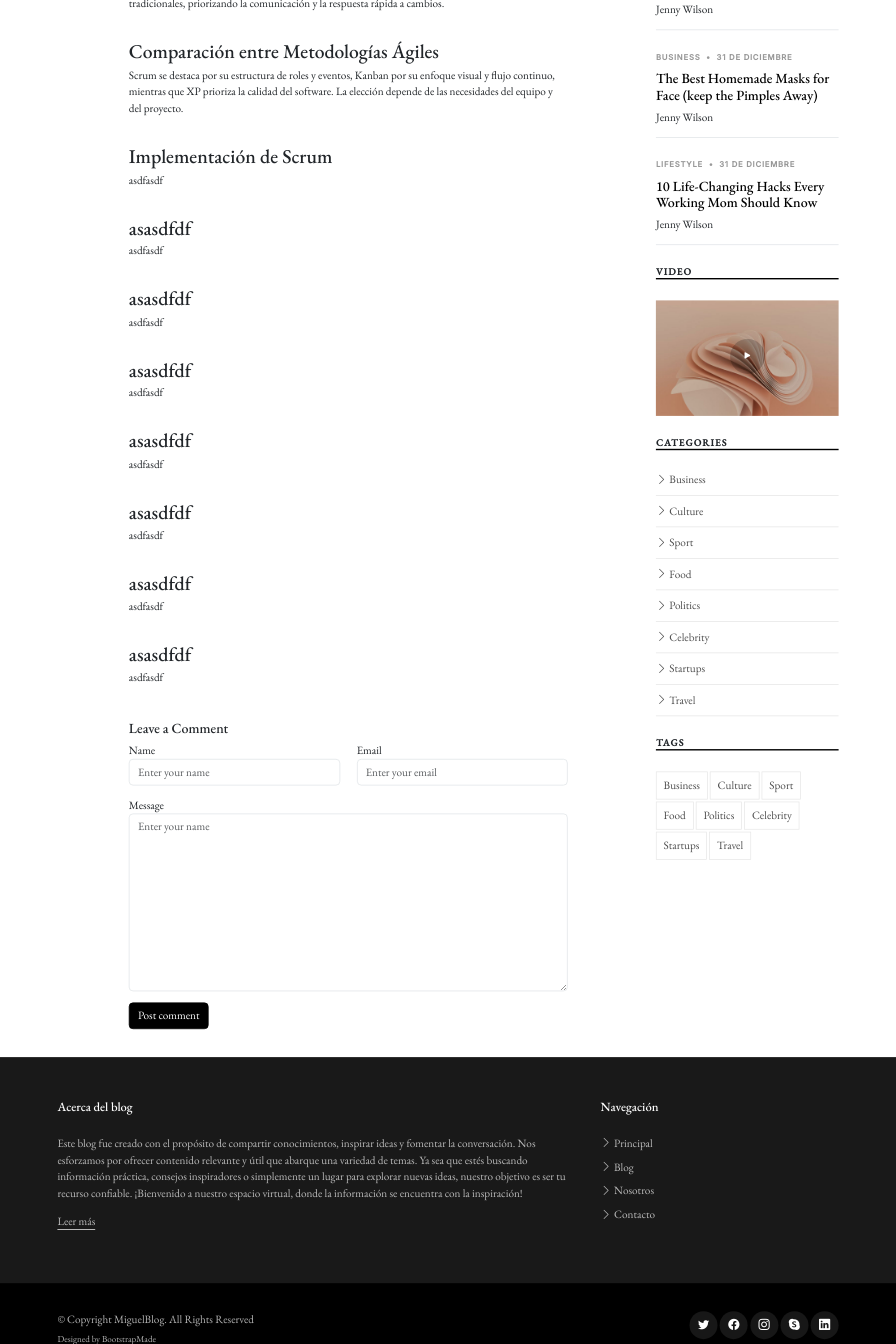
Repository: MiguelDev5/blog-miguel
Page: ma-post.html
The author's editor kept a copy of each file at every save. The page is drawn from the files as they stood at one save, then again after the next save.
The browser window is 1280 px wide. The pictures show the part of the page from y = 813 to 2733 px (the page is 2776 px tall before and 2824 px after), at 70% of full size.
Some web fonts or font styles are not loaded; a fallback is used.

Above is the page before, as saved 2024-01-01 14:10:59.

### ma-post.html
<!DOCTYPE html>
<html lang="en">

<head>
  <meta charset="utf-8">
  <meta content="width=device-width, initial-scale=1.0" name="viewport">

  <title>MiguelBlog Bootstrap Template - Single Post</title>
  <meta content="" name="description">
  <meta content="" name="keywords">

  <!-- Favicons -->
  <link href="assets/img/favicon.png" rel="icon">
  <link href="assets/img/apple-touch-icon.png" rel="apple-touch-icon">

  <!-- Google Fonts -->
  <link rel="preconnect" href="https://fonts.googleapis.com">
  <link rel="preconnect" href="https://fonts.gstatic.com" crossorigin>
  <link href="https://fonts.googleapis.com/css2?family=EB+Garamond:wght@400;500&family=Inter:wght@400;500&family=Playfair+Display:ital,wght@0,400;0,700;1,400;1,700&display=swap" rel="stylesheet">

  <!-- Vendor CSS Files -->
  <link href="assets/vendor/bootstrap/css/bootstrap.min.css" rel="stylesheet">
  <link href="assets/vendor/bootstrap-icons/bootstrap-icons.css" rel="stylesheet">
  <link href="assets/vendor/swiper/swiper-bundle.min.css" rel="stylesheet">
  <link href="assets/vendor/glightbox/css/glightbox.min.css" rel="stylesheet">
  <link href="assets/vendor/aos/aos.css" rel="stylesheet">

  <!-- Template Main CSS Files -->
  <link href="assets/css/variables.css" rel="stylesheet">
  <link href="assets/css/main.css" rel="stylesheet">

  <!-- =======================================================
  * Template Name: MiguelBlog
  * Updated: Sep 18 2023 with Bootstrap v5.3.2
  * Template URL: https://bootstrapmade.com/miguelBlog-bootstrap-blog-template/
  * Author: BootstrapMade.com
  * License: https:///bootstrapmade.com/license/
  ======================================================== -->
</head>

<body>

  <!-- ======= Header ======= -->
  <header id="header" class="header d-flex align-items-center fixed-top">
    <div class="container-fluid container-xl d-flex align-items-center justify-content-between">

      <a href="index.html" class="logo d-flex align-items-center">
        <!-- Uncomment the line below if you also wish to use an image logo -->
        <!-- <img src="assets/img/logo.png" alt=""> -->
        <h1>MiguelBlog</h1>
      </a>

      <nav id="navbar" class="navbar">
        <ul>
          <li><a href="index.html">Blog miguel</a></li>
          <li><a href="about.html">Acerca de nosotros</a></li>
          <li><a href="contact.html">Contacto</a></li>
        </ul>
      </nav><!-- .navbar -->

      <div class="position-relative">
        <a href="#" class="mx-2"><span class="bi-facebook"></span></a>
        <a href="#" class="mx-2"><span class="bi-twitter"></span></a>
        <a href="#" class="mx-2"><span class="bi-instagram"></span></a>

        <a href="#" class="mx-2 js-search-open"><span class="bi-search"></span></a>
        <i class="bi bi-list mobile-nav-toggle"></i>

        <!-- ======= Search Form ======= -->
        <div class="search-form-wrap js-search-form-wrap">
          <form action="search-result.html" class="search-form">
            <span class="icon bi-search"></span>
            <input type="text" placeholder="Search" class="form-control">
            <button class="btn js-search-close"><span class="bi-x"></span></button>
          </form>
        </div><!-- End Search Form -->

      </div>

    </div>

  </header><!-- End Header -->

  <main id="main">

    <section class="single-post-content">
      <div class="container">
        <div class="row">
          <div class="col-md-9 post-content" data-aos="fade-up">

            <!-- ======= Single Post Content ======= -->
            <div class="single-post">
              <div class="post-meta"><span class="date">Metodologías ágiles</span> <span class="mx-1">&bullet;</span> <span>31 de Diciembre</span></div>
              <h1 class="mb-5">Introducción a las Metodologías Ágiles</h1>
              <p><span class="firstcharacter">L</span>as Metodologías Ágiles son enfoques colaborativos para el desarrollo que se centran en la adaptabilidad y la entrega incremental. Surgieron como respuesta a los desafíos de las metodologías tradicionales, priorizando la comunicación y la respuesta rápida a cambios.</p>
              <div class="col-md-9"></div>
                  <img src="assets/img/ma001.jpg" alt="" class="img-fluid" style="width: 200;">

              </div>
              <br/>
              <h3 class="mb-1">Introducción a las Metodologías Ágiles</h3>
              <p>Las Metodologías Ágiles son enfoques colaborativos para el desarrollo que se centran en la adaptabilidad y la entrega incremental. Surgieron como respuesta a los desafíos de las metodologías tradicionales, priorizando la comunicación y la respuesta rápida a cambios.</p>

              <br/>
              <h3 class="mb-1">Comparación entre Metodologías Ágiles</h3>
              <p>Scrum se destaca por su estructura de roles y eventos, Kanban por su enfoque visual y flujo continuo, mientras que XP prioriza la calidad del software. La elección depende de las necesidades del equipo y del proyecto.</p>

              <br/>
              <h3 class="mb-1">Implementación de Scrum</h3>
              <p>asdfasdf</p>

              <br/>
              <h3 class="mb-1">asasdfdf</h3>
              <p>asdfasdf</p>

              <br/>
              <h3 class="mb-1">asasdfdf</h3>
              <p>asdfasdf</p>

              <br/>
              <h3 class="mb-1">asasdfdf</h3>
              <p>asdfasdf</p>

              <br/>
              <h3 class="mb-1">asasdfdf</h3>
              <p>asdfasdf</p>

              <br/>
              <h3 class="mb-1">asasdfdf</h3>
              <p>asdfasdf</p>

              <br/>
              <h3 class="mb-1">asasdfdf</h3>
              <p>asdfasdf</p>

              <br/>
              <h3 class="mb-1">asasdfdf</h3>
              <p>asdfasdf</p>



            <!-- ======= Comments Form ======= -->
            <div class="row justify-content-center mt-5">

              <div class="col-lg-12">
                <h5 class="comment-title">Leave a Comment</h5>
                <div class="row">
                  <div class="col-lg-6 mb-3">
                    <label for="comment-name">Name</label>
                    <input type="text" class="form-control" id="comment-name" placeholder="Enter your name">
                  </div>
                  <div class="col-lg-6 mb-3">
                    <label for="comment-email">Email</label>
                    <input type="text" class="form-control" id="comment-email" placeholder="Enter your email">
                  </div>
                  <div class="col-12 mb-3">
                    <label for="comment-message">Message</label>

                    <textarea class="form-control" id="comment-message" placeholder="Enter your name" cols="30" rows="10"></textarea>
                  </div>
                  <div class="col-12">
                    <input type="submit" class="btn btn-primary" value="Post comment">
                  </div>
                </div>
              </div>
            </div><!-- End Comments Form -->

          </div>
          <div class="col-md-3">
            <!-- ======= Sidebar ======= -->
            <div class="aside-block">

              <ul class="nav nav-pills custom-tab-nav mb-4" id="pills-tab" role="tablist">
                <li class="nav-item" role="presentation">
                  <button class="nav-link active" id="pills-popular-tab" data-bs-toggle="pill" data-bs-target="#pills-popular" type="button" role="tab" aria-controls="pills-popular" aria-selected="true">Popular</button>
                </li>
                <li class="nav-item" role="presentation">
                  <button class="nav-link" id="pills-trending-tab" data-bs-toggle="pill" data-bs-target="#pills-trending" type="button" role="tab" aria-controls="pills-trending" aria-selected="false">Trending</button>
                </li>
                <li class="nav-item" role="presentation">
                  <button class="nav-link" id="pills-latest-tab" data-bs-toggle="pill" data-bs-target="#pills-latest" type="button" role="tab" aria-controls="pills-latest" aria-selected="false">Latest</button>
                </li>
              </ul>

              <div class="tab-content" id="pills-tabContent">

                <!-- Popular -->
                <div class="tab-pane fade show active" id="pills-popular" role="tabpanel" aria-labelledby="pills-popular-tab">
                  <div class="post-entry-1 border-bottom">
                    <div class="post-meta"><span class="date">Sport</span> <span class="mx-1">&bullet;</span> <span>31 de Diciembre</span></div>
                    <h2 class="mb-2"><a href="#">How to Avoid Distraction and Stay Focused During Video Calls?</a></h2>
                    <span class="author mb-3 d-block">Jenny Wilson</span>
                  </div>

                  <div class="post-entry-1 border-bottom">
                    <div class="post-meta"><span class="date">Lifestyle</span> <span class="mx-1">&bullet;</span> <span>31 de Diciembre</span></div>
                    <h2 class="mb-2"><a href="#">17 Pictures of Medium Length Hair in Layers That Will Inspire Your New Haircut</a></h2>
                    <span class="author mb-3 d-block">Jenny Wilson</span>
                  </div>

                  <div class="post-entry-1 border-bottom">
                    <div class="post-meta"><span class="date">Culture</span> <span class="mx-1">&bullet;</span> <span>31 de Diciembre</span></div>
                    <h2 class="mb-2"><a href="#">9 Half-up/half-down Hairstyles for Long and Medium Hair</a></h2>
                    <span class="author mb-3 d-block">Jenny Wilson</span>
                  </div>

                  <div class="post-entry-1 border-bottom">
                    <div class="post-meta"><span class="date">Lifestyle</span> <span class="mx-1">&bullet;</span> <span>31 de Diciembre</span></div>
                    <h2 class="mb-2"><a href="#">Life Insurance And Pregnancy: A Working Mom’s Guide</a></h2>
                    <span class="author mb-3 d-block">Jenny Wilson</span>
                  </div>

                  <div class="post-entry-1 border-bottom">
                    <div class="post-meta"><span class="date">Business</span> <span class="mx-1">&bullet;</span> <span>31 de Diciembre</span></div>
                    <h2 class="mb-2"><a href="#">The Best Homemade Masks for Face (keep the Pimples Away)</a></h2>
                    <span class="author mb-3 d-block">Jenny Wilson</span>
                  </div>

                  <div class="post-entry-1 border-bottom">
                    <div class="post-meta"><span class="date">Lifestyle</span> <span class="mx-1">&bullet;</span> <span>31 de Diciembre</span></div>
                    <h2 class="mb-2"><a href="#">10 Life-Changing Hacks Every Working Mom Should Know</a></h2>
                    <span class="author mb-3 d-block">Jenny Wilson</span>
                  </div>
                </div> <!-- End Popular -->

                <!-- Trending -->
                <div class="tab-pane fade" id="pills-trending" role="tabpanel" aria-labelledby="pills-trending-tab">
                  <div class="post-entry-1 border-bottom">
                    <div class="post-meta"><span class="date">Lifestyle</span> <span class="mx-1">&bullet;</span> <span>31 de Diciembre</span></div>
                    <h2 class="mb-2"><a href="#">17 Pictures of Medium Length Hair in Layers That Will Inspire Your New Haircut</a></h2>
                    <span class="author mb-3 d-block">Jenny Wilson</span>
                  </div>

                  <div class="post-entry-1 border-bottom">
                    <div class="post-meta"><span class="date">Culture</span> <span class="mx-1">&bullet;</span> <span>31 de Diciembre</span></div>
                    <h2 class="mb-2"><a href="#">9 Half-up/half-down Hairstyles for Long and Medium Hair</a></h2>
                    <span class="author mb-3 d-block">Jenny Wilson</span>
                  </div>

                  <div class="post-entry-1 border-bottom">
                    <div class="post-meta"><span class="date">Lifestyle</span> <span class="mx-1">&bullet;</span> <span>31 de Diciembre</span></div>
                    <h2 class="mb-2"><a href="#">Life Insurance And Pregnancy: A Working Mom’s Guide</a></h2>
                    <span class="author mb-3 d-block">Jenny Wilson</span>
                  </div>

                  <div class="post-entry-1 border-bottom">
                    <div class="post-meta"><span class="date">Sport</span> <span class="mx-1">&bullet;</span> <span>31 de Diciembre</span></div>
                    <h2 class="mb-2"><a href="#">How to Avoid Distraction and Stay Focused During Video Calls?</a></h2>
                    <span class="author mb-3 d-block">Jenny Wilson</span>
                  </div>
                  <div class="post-entry-1 border-bottom">
                    <div class="post-meta"><span class="date">Business</span> <span class="mx-1">&bullet;</span> <span>31 de Diciembre</span></div>
                    <h2 class="mb-2"><a href="#">The Best Homemade Masks for Face (keep the Pimples Away)</a></h2>
                    <span class="author mb-3 d-block">Jenny Wilson</span>
                  </div>

                  <div class="post-entry-1 border-bottom">
                    <div class="post-meta"><span class="date">Lifestyle</span> <span class="mx-1">&bullet;</span> <span>31 de Diciembre</span></div>
                    <h2 class="mb-2"><a href="#">10 Life-Changing Hacks Every Working Mom Should Know</a></h2>
                    <span class="author mb-3 d-block">Jenny Wilson</span>
                  </div>
                </div> <!-- End Trending -->

                <!-- Latest -->
                <div class="tab-pane fade" id="pills-latest" role="tabpanel" aria-labelledby="pills-latest-tab">
                  <div class="post-entry-1 border-bottom">
                    <div class="post-meta"><span class="date">Lifestyle</span> <span class="mx-1">&bullet;</span> <span>31 de Diciembre</span></div>
                    <h2 class="mb-2"><a href="#">Life Insurance And Pregnancy: A Working Mom’s Guide</a></h2>
                    <span class="author mb-3 d-block">Jenny Wilson</span>
                  </div>

                  <div class="post-entry-1 border-bottom">
                    <div class="post-meta"><span class="date">Business</span> <span class="mx-1">&bullet;</span> <span>31 de Diciembre</span></div>
                    <h2 class="mb-2"><a href="#">The Best Homemade Masks for Face (keep the Pimples Away)</a></h2>
                    <span class="author mb-3 d-block">Jenny Wilson</span>
                  </div>

                  <div class="post-entry-1 border-bottom">
                    <div class="post-meta"><span class="date">Lifestyle</span> <span class="mx-1">&bullet;</span> <span>31 de Diciembre</span></div>
                    <h2 class="mb-2"><a href="#">10 Life-Changing Hacks Every Working Mom Should Know</a></h2>
                    <span class="author mb-3 d-block">Jenny Wilson</span>
                  </div>

                  <div class="post-entry-1 border-bottom">
                    <div class="post-meta"><span class="date">Sport</span> <span class="mx-1">&bullet;</span> <span>31 de Diciembre</span></div>
                    <h2 class="mb-2"><a href="#">How to Avoid Distraction and Stay Focused During Video Calls?</a></h2>
                    <span class="author mb-3 d-block">Jenny Wilson</span>
                  </div>

                  <div class="post-entry-1 border-bottom">
                    <div class="post-meta"><span class="date">Lifestyle</span> <span class="mx-1">&bullet;</span> <span>31 de Diciembre</span></div>
                    <h2 class="mb-2"><a href="#">17 Pictures of Medium Length Hair in Layers That Will Inspire Your New Haircut</a></h2>
                    <span class="author mb-3 d-block">Jenny Wilson</span>
                  </div>

                  <div class="post-entry-1 border-bottom">
                    <div class="post-meta"><span class="date">Culture</span> <span class="mx-1">&bullet;</span> <span>31 de Diciembre</span></div>
                    <h2 class="mb-2"><a href="#">9 Half-up/half-down Hairstyles for Long and Medium Hair</a></h2>
                    <span class="author mb-3 d-block">Jenny Wilson</span>
                  </div>

                </div> <!-- End Latest -->

              </div>
            </div>

            <div class="aside-block">
              <h3 class="aside-title">Video</h3>
              <div class="video-post">
                <a href="https://www.youtube.com/watch?v=AiFfDjmd0jU" class="glightbox link-video">
                  <span class="bi-play-fill"></span>
                  <img src="assets/img/post-landscape-5.jpg" alt="" class="img-fluid">
                </a>
              </div>
            </div><!-- End Video -->

            <div class="aside-block">
              <h3 class="aside-title">Categories</h3>
              <ul class="aside-links list-unstyled">
                <li><a href="category.html"><i class="bi bi-chevron-right"></i> Business</a></li>
                <li><a href="category.html"><i class="bi bi-chevron-right"></i> Culture</a></li>
                <li><a href="category.html"><i class="bi bi-chevron-right"></i> Sport</a></li>
                <li><a href="category.html"><i class="bi bi-chevron-right"></i> Food</a></li>
                <li><a href="category.html"><i class="bi bi-chevron-right"></i> Politics</a></li>
                <li><a href="category.html"><i class="bi bi-chevron-right"></i> Celebrity</a></li>
                <li><a href="category.html"><i class="bi bi-chevron-right"></i> Startups</a></li>
                <li><a href="category.html"><i class="bi bi-chevron-right"></i> Travel</a></li>
              </ul>
            </div><!-- End Categories -->

            <div class="aside-block">
              <h3 class="aside-title">Tags</h3>
              <ul class="aside-tags list-unstyled">
                <li><a href="category.html">Business</a></li>
                <li><a href="category.html">Culture</a></li>
                <li><a href="category.html">Sport</a></li>
                <li><a href="category.html">Food</a></li>
                <li><a href="category.html">Politics</a></li>
                <li><a href="category.html">Celebrity</a></li>
                <li><a href="category.html">Startups</a></li>
                <li><a href="category.html">Travel</a></li>
              </ul>
            </div><!-- End Tags -->

          </div>
        </div>
      </div>
    </section>
  </main><!-- End #main -->

  <!-- ======= Footer ======= -->
  <footer id="footer" class="footer">
    <div class="footer-content">
      <div class="container">
        <div class="row g-5">
          <div class="col-lg-8">
            <h3 class="footer-heading">Acerca del blog</h3>
            <p>Este blog fue creado con el propósito de compartir conocimientos, inspirar ideas y fomentar la conversación. Nos esforzamos por ofrecer contenido relevante y útil que abarque una variedad de temas. Ya sea que estés buscando información práctica, consejos inspiradores o simplemente un lugar para explorar nuevas ideas, nuestro objetivo es ser tu recurso confiable. ¡Bienvenido a nuestro espacio virtual, donde la información se encuentra con la inspiración!</p>
            <p><a href="about.html" class="footer-link-more">Leer más</a></p>
          </div>
          <div class="col-6 col-lg-2">
            <h3 class="footer-heading">Navegación</h3>
            <ul class="footer-links list-unstyled">
              <li><a href="index.html"><i class="bi bi-chevron-right"></i> Principal</a></li>
              <li><a href="index.html"><i class="bi bi-chevron-right"></i> Blog</a></li>
              <li><a href="about.html"><i class="bi bi-chevron-right"></i> Nosotros</a></li>
              <li><a href="contact.html"><i class="bi bi-chevron-right"></i> Contacto</a></li>
            </ul>
          </div>
        </div>
      </div>
    </div>

    <div class="footer-legal">
      <div class="container">

        <div class="row justify-content-between">
          <div class="col-md-6 text-center text-md-start mb-3 mb-md-0">
            <div class="copyright">
              © Copyright <strong><span>MiguelBlog</span></strong>. All Rights Reserved
            </div>

            <div class="credits">
              Designed by BootstrapMade
            </div>

          </div>

          <div class="col-md-6">
            <div class="social-links mb-3 mb-lg-0 text-center text-md-end">
              <a href="#" class="twitter"><i class="bi bi-twitter"></i></a>
              <a href="#" class="facebook"><i class="bi bi-facebook"></i></a>
              <a href="#" class="instagram"><i class="bi bi-instagram"></i></a>
              <a href="#" class="google-plus"><i class="bi bi-skype"></i></a>
              <a href="#" class="linkedin"><i class="bi bi-linkedin"></i></a>
            </div>

          </div>

        </div>

      </div>
    </div>
  </footer>

  <a href="#" class="scroll-top d-flex align-items-center justify-content-center"><i class="bi bi-arrow-up-short"></i></a>

  <!-- Vendor JS Files -->
  <script src="assets/vendor/bootstrap/js/bootstrap.bundle.min.js"></script>
  <script src="assets/vendor/swiper/swiper-bundle.min.js"></script>
  <script src="assets/vendor/glightbox/js/glightbox.min.js"></script>
  <script src="assets/vendor/aos/aos.js"></script>
  <script src="assets/vendor/php-email-form/validate.js"></script>

  <!-- Template Main JS File -->
  <script src="assets/js/main.js"></script>

</body>

</html>

Loaded but not shown: assets/vendor/bootstrap/css/bootstrap.min.css (library); assets/vendor/bootstrap-icons/bootstrap-icons.css (library); assets/vendor/swiper/swiper-bundle.min.css (library); assets/vendor/glightbox/css/glightbox.min.css (library); assets/vendor/aos/aos.css (library); assets/vendor/bootstrap/js/bootstrap.bundle.min.js (library); assets/vendor/swiper/swiper-bundle.min.js (library); assets/vendor/glightbox/js/glightbox.min.js (library); assets/vendor/aos/aos.js (library); assets/vendor/php-email-form/validate.js (common file); assets/js/main.js (154 lines, source omitted); assets/css/main.css (1300 lines, source omitted); assets/css/variables.css (207 lines, source omitted)

After the next save:
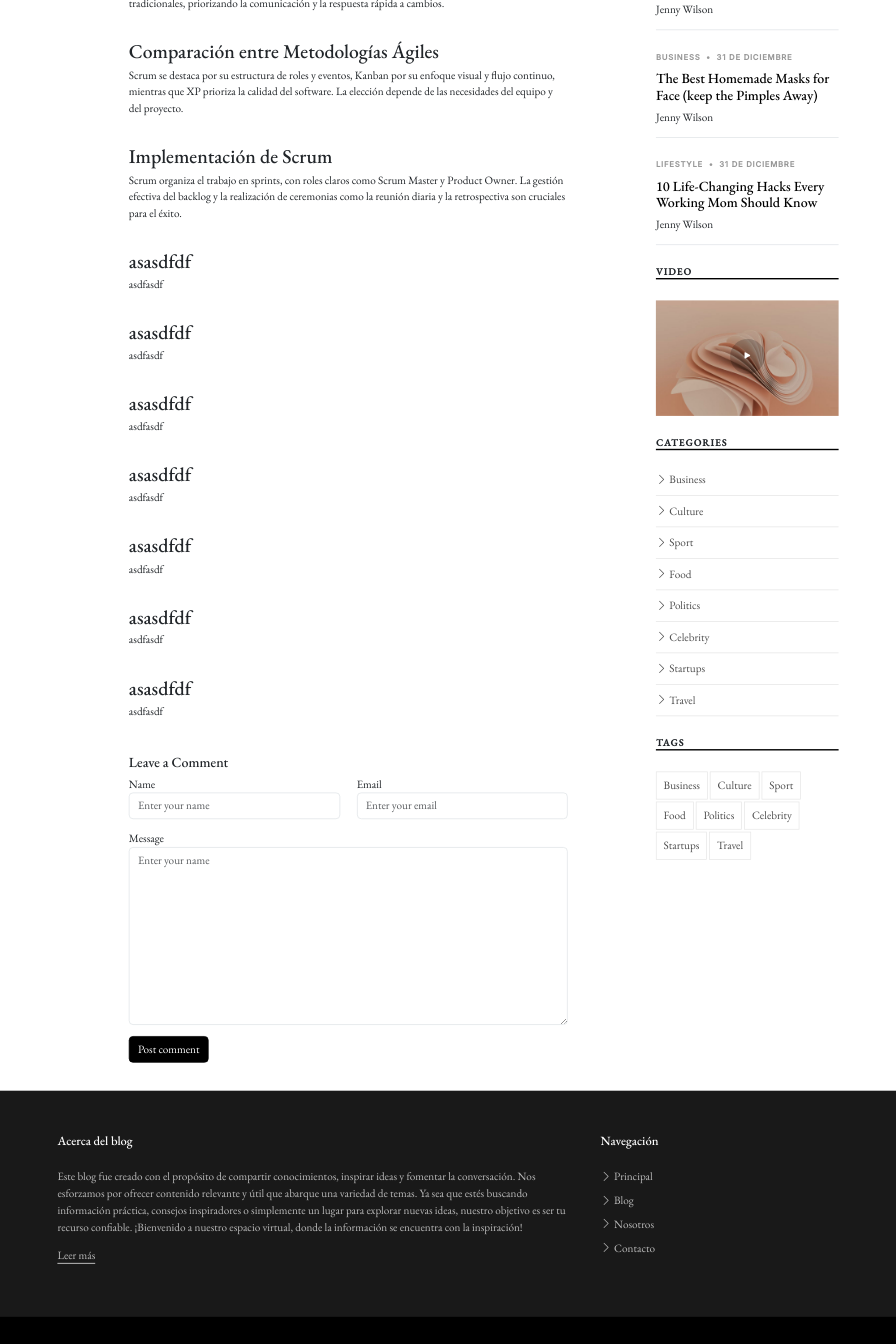
Saved 4 s later.
--- a/ma-post.html
+++ b/ma-post.html
@@ -107,7 +107,7 @@
 
               <br/>
               <h3 class="mb-1">Implementación de Scrum</h3>
-              <p>asdfasdf</p>
+              <p>Scrum organiza el trabajo en sprints, con roles claros como Scrum Master y Product Owner. La gestión efectiva del backlog y la realización de ceremonias como la reunión diaria y la retrospectiva son cruciales para el éxito.</p>
 
               <br/>
               <h3 class="mb-1">asasdfdf</h3>
